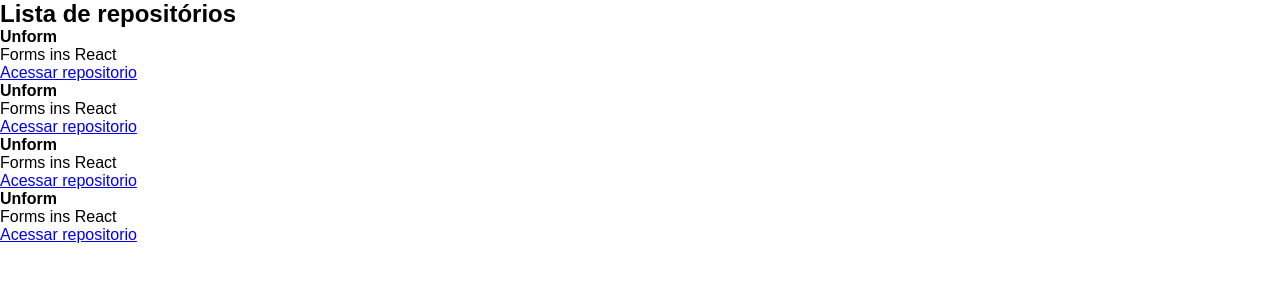
Repository: viniciusfg05/AnnotationReacts
Page: /
These files come from the project's save history. The page is drawn as it stood at one moment and after a run of saves; the edit follows.
The browser window is 1280 px wide. The pictures show the whole page.
The project was rebuilt for these pictures with package versions that can differ from the ones it lists, and the page was loaded fresh each time. Also part of the build but not shown: webpack.config.js.

Above is the page before, as saved 2022-02-17 13:38:00.

### public/index.html
<!DOCTYPE html>
<html lang="en">
  <head>
    <meta charset="UTF-8" />
    <meta name="viewport" content="width=device-width, initial-scale=1.0" />
    <title>ReactFundamentos</title>
  </head>
  <body>
    <div id="root"></div>

    <script src="../dist/bundle.js"></script>
  </body>
</html>

### src/index.jsx
import {render} from 'react-dom'
import { App } from './App'

render(<App />, document.getElementById('root'))

### src/App.jsx
import './styles/global.scss'
import { RepositoryList } from './components/RepositoryList'

export function App() {
  return <RepositoryList />
}

### src/styles/global.scss
* {
  margin: 0;
  padding: 0;
  box-sizing: border-box;
}

body {
  font: 16px 'Helvetica Neve', Arial, sans-serif;
}

### src/components/RepositoryList.jsx
import { RepositoryItens } from './RepositoryItens'

export function RepositoryList() {
  return (
    <section className="repository-list">
      <h1>Lista de repositórios</h1>

      <ul>
        <RepositoryItens repository="unform2" />
        <RepositoryItens />
        <RepositoryItens />
        <RepositoryItens />
      </ul>
    </section>
  )
}

//Enviar uma informação do componente pai assim nosso componente pai pode enviar

### src/components/RepositoryItens.jsx
export function RepositoryItens() {
  return (
    <li>
      <strong>Unform</strong>
      <p>Forms ins React</p>

      <a href="#">Acessar repositorio</a>
    </li>
  )
}

After the next 2 saves:
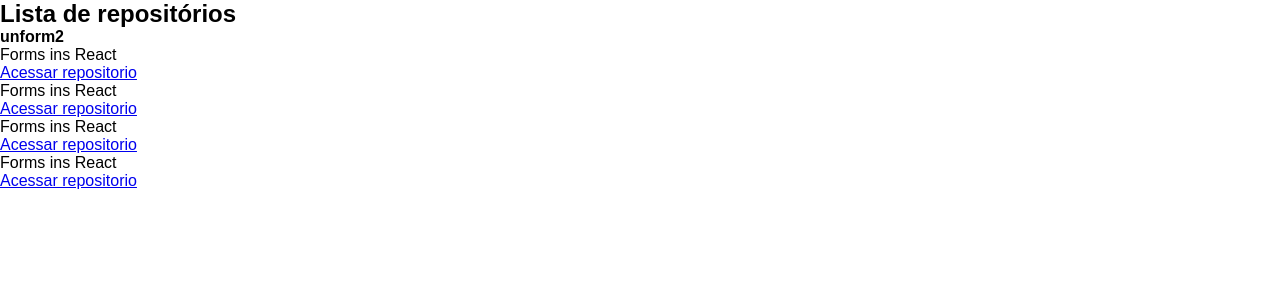
The 2 saves are shown as one change because 1 did not build or start.
The last was saved 3 min 25 s later.
--- a/src/components/RepositoryItens.jsx
+++ b/src/components/RepositoryItens.jsx
@@ -1,7 +1,7 @@
-export function RepositoryItens() {
+export function RepositoryItens(props) {
   return (
     <li>
-      <strong>Unform</strong>
+      <strong>{props.repository}</strong>
       <p>Forms ins React</p>
 
       <a href="#">Acessar repositorio</a>
